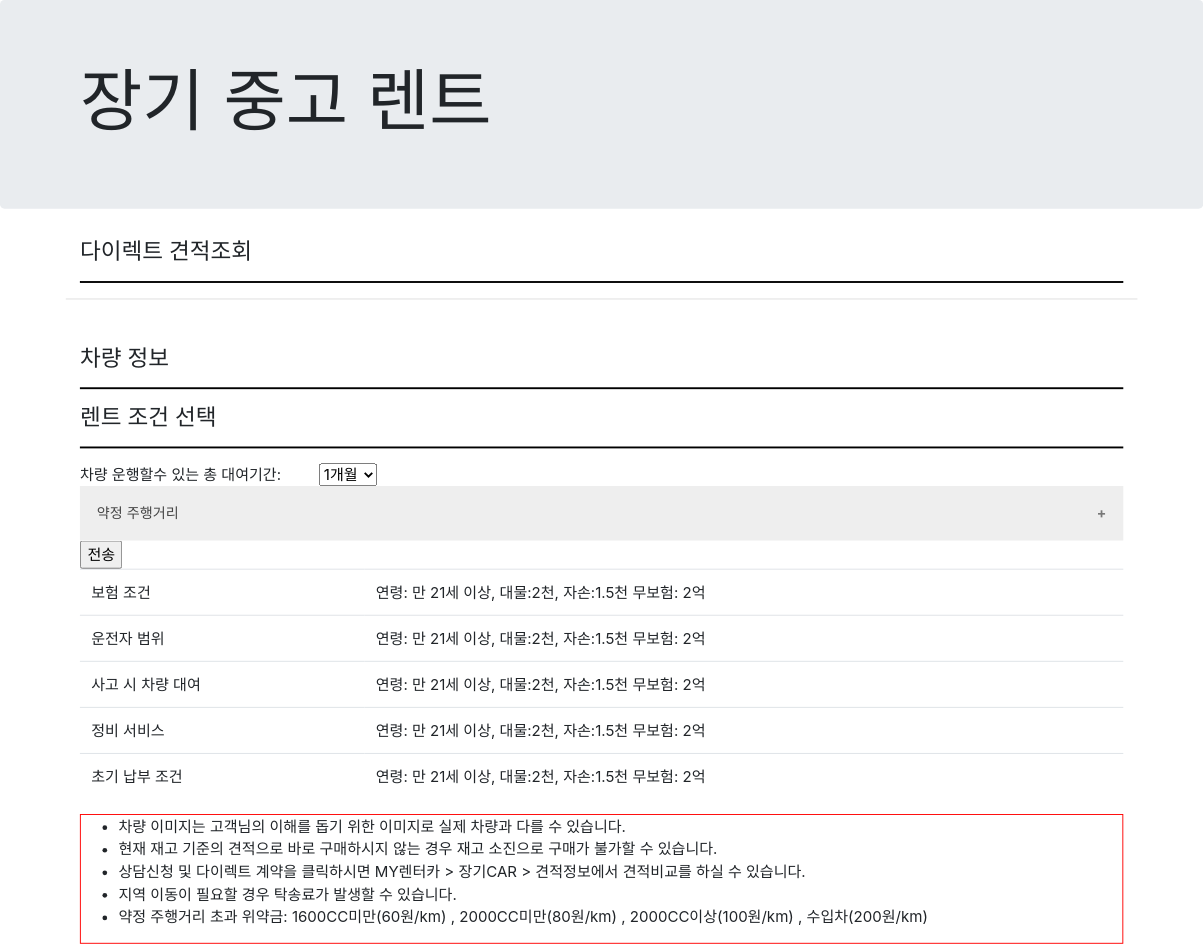
Repository: hyebinkim00/Project
Page: http://localhost/jsp/long_lent_oldcar/carLent.jsp
An editor plug-in stored every save of this project. The page is shown before and after the next save, followed by the edit.
The browser window is 1280 px wide. The pictures show the whole page, at 94% of full size.
The page is served by Tomcat 9. Queries for data that is not in the repository find no rows.

Above is the page before, as saved 2020-09-15 09:00:14.

After the next save:
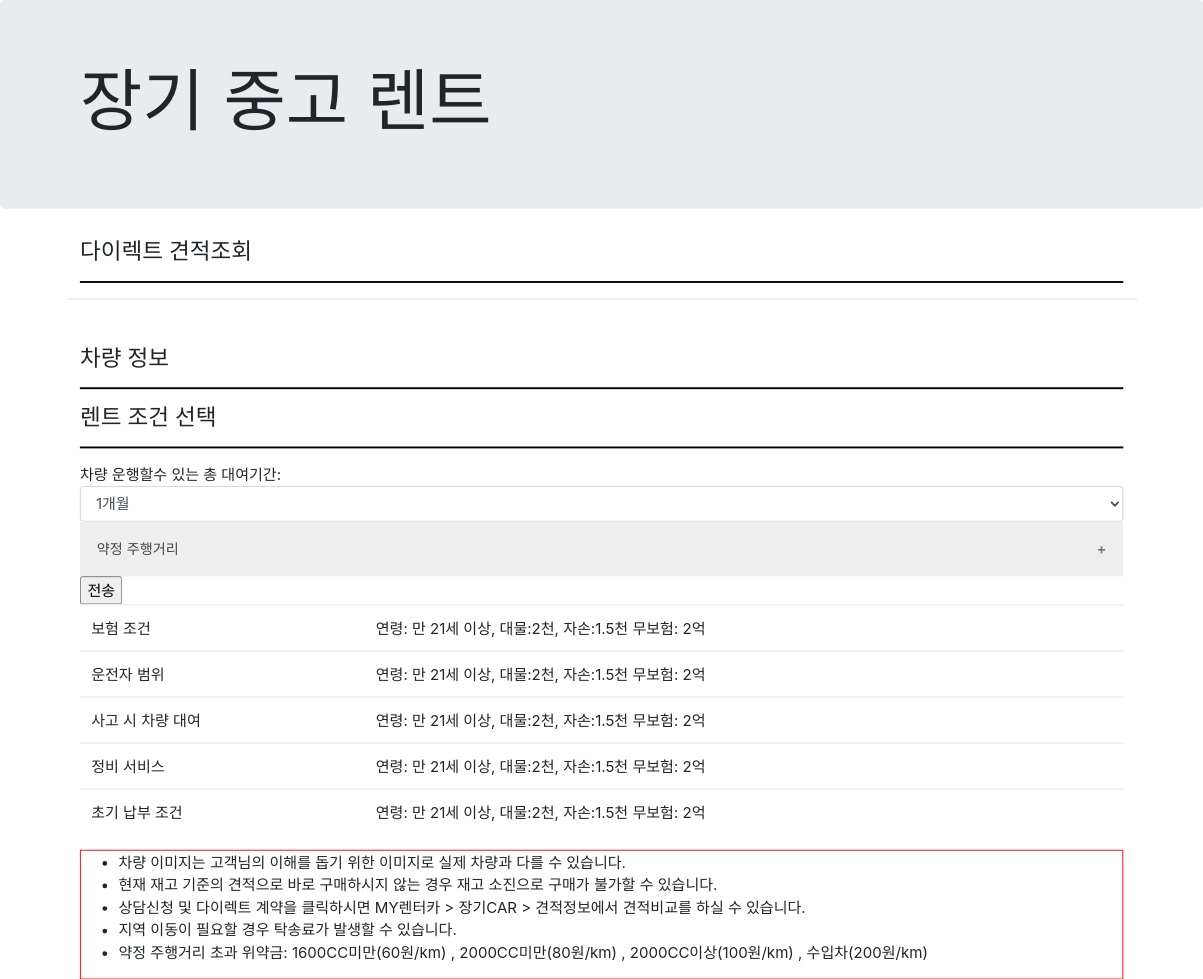
Saved 79 s later.
--- a/jsp/WebContent/long_lent_oldcar/carLent.jsp
+++ b/jsp/WebContent/long_lent_oldcar/carLent.jsp
@@ -209,7 +209,7 @@ border: 1px solid red;}
 
 <form method="post" action="NewFile.jsp" >
 <div ><span>차량 운행할수 있는 총 대여기간: &nbsp; &nbsp; &nbsp; &nbsp;</span>
-<select name="cntrTermMm" name="cntrTermMm1"  id="cntrTermMm1" class="option01" >
+<select  class="form-control" name="cntrTermMm" name="cntrTermMm1"  id="cntrTermMm1" >
 <option value="1개월">1개월</option>
 <option value="2개월">2개월</option>
 <option value="3개월">3개월</option>
